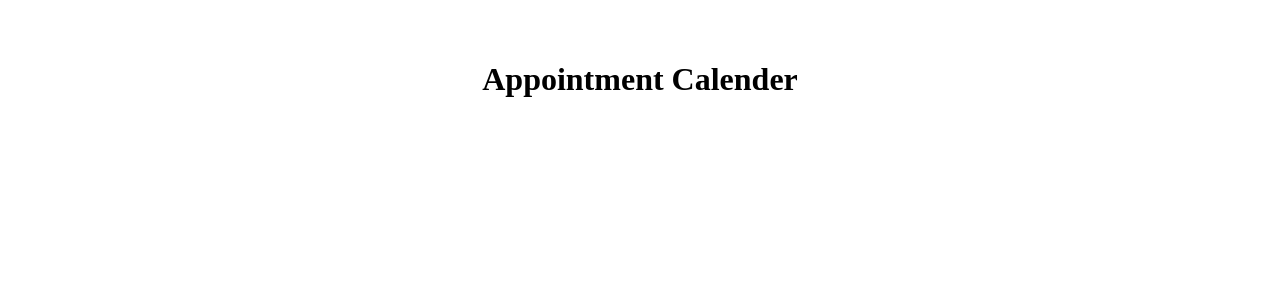
Repository: KennethEskandari/Appointment-Calender-
Page: / (app in Appointment-Calender/)
The author's editor kept a copy of each file at every save. The page is drawn from the files as they stood at one save, then again after the next save.
The browser window is 1280 px wide. The pictures show the whole page.
The project was rebuilt for these pictures with package versions that can differ from the ones it lists, and the page was loaded fresh each time. Also part of the build but not shown: Appointment-Calender/vite.config.js, Appointment-Calender/src/index.css.

Above is the page before, as saved 2025-04-15 16:16:04.

After the next save:
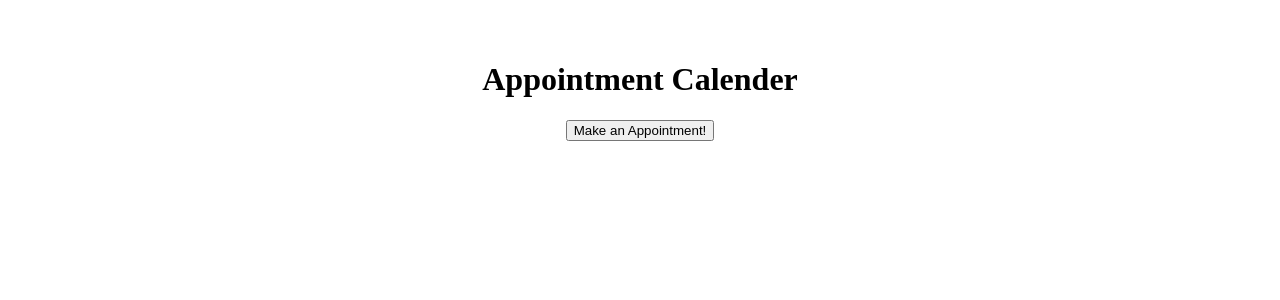
Saved 2 min 56 s later.
--- a/Appointment-Calender/src/App.jsx
+++ b/Appointment-Calender/src/App.jsx
@@ -10,6 +10,9 @@ function App() {
       <header className ="bg-purple-400 p-4 shadow-md">
         <h1>Appointment Calender</h1>
         </header>
+        <button>
+          Make an Appointment!
+        </button>
     </div>
 
   )
